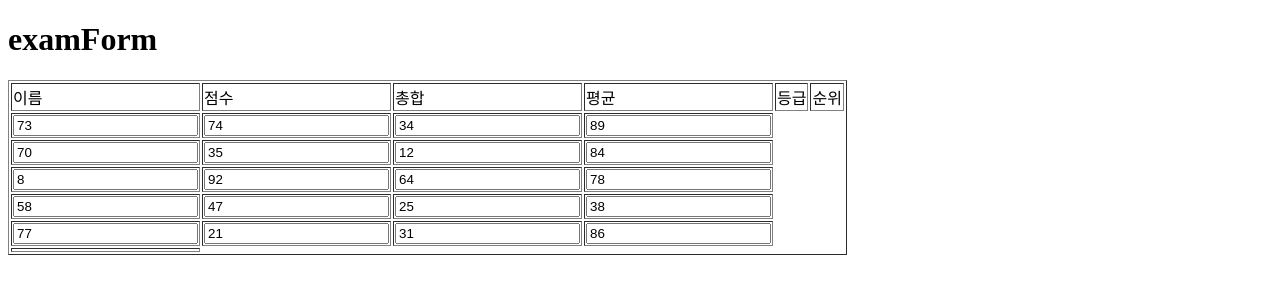
Repository: Jhoon0211/java_work
Page: http://localhost/jspProj/exam/examForm.jsp
These files come from the project's save history. The page is drawn as it stood at one moment and after the next save; the edit follows.
The browser window is 1280 px wide. The pictures show the whole page.
The page is served by Tomcat 9. Other server files are loaded and not shown.

Above is the page before, as saved 2023-07-31 06:59:01.

### jspProj/src/main/webapp/exam/examForm.jsp
<%@ page language="java" contentType="text/html; charset=UTF-8"
    pageEncoding="UTF-8"%>
<!DOCTYPE html>
<html>
<head>
<meta charset="UTF-8">
<title>Insert title here</title>
</head>
<body>
<h1>examForm</h1>
	<form action="examReg.jsp">
		<table border="">
			<tr>
				<td>이름</td>
				<td>점수</td>
				<td>총합</td>
				<td>평균</td>
				<td>등급</td>
				<td>순위</td>
			</tr>
			<% for(int i = 0; i<5; i++){ %>
			<tr>
				<td><input type="text" name="name" value="<%=(int)(Math.random()*100)%>"/></td>
				<td><input type="text" name="kor" value="<%=(int)(Math.random()*100)%>"/></td>
				<td><input type="text" name="eng" value="<%=(int)(Math.random()*100) %>"/></td>
				<td><input type="text" name="math" value="<%=(int)(Math.random()*100) %>"/></td>
			</tr>
			<% } %>
			<tr>
				<td></td>
			</tr>
		</table>
	</form>
</body>
</html>

After the next save:
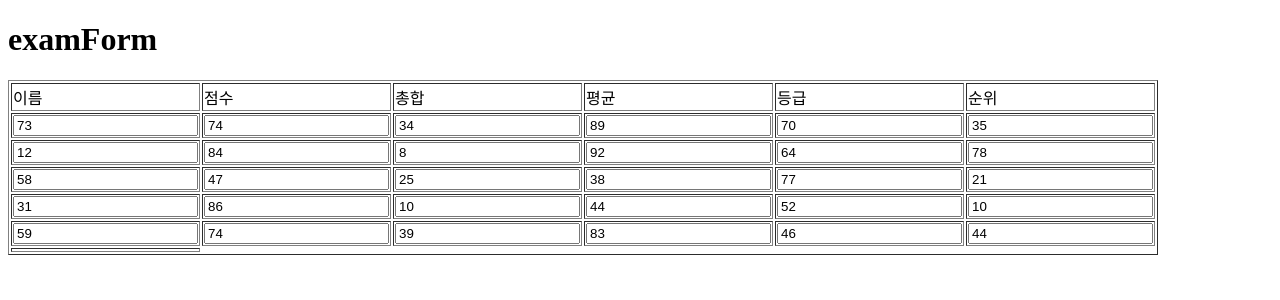
Saved 19 s later.
--- a/jspProj/src/main/webapp/exam/examForm.jsp
+++ b/jspProj/src/main/webapp/exam/examForm.jsp
@@ -24,6 +24,8 @@
 				<td><input type="text" name="kor" value="<%=(int)(Math.random()*100)%>"/></td>
 				<td><input type="text" name="eng" value="<%=(int)(Math.random()*100) %>"/></td>
 				<td><input type="text" name="math" value="<%=(int)(Math.random()*100) %>"/></td>
+				<td><input type="text" name="tot" value="<%=(int)(Math.random()*100) %>"/></td>
+				<td><input type="text" name="avg" value="<%=(int)(Math.random()*100) %>"/></td>
 			</tr>
 			<% } %>
 			<tr>
